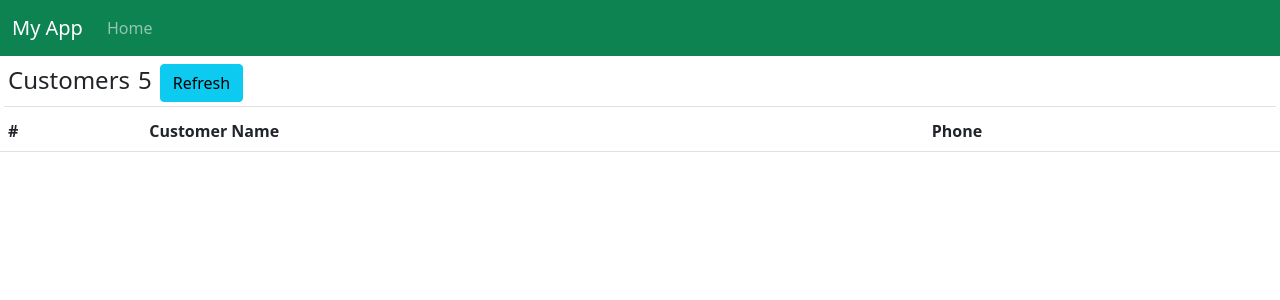
Repository: smit1298/e-commerce
Page: /
An editor plug-in stored every save of this project. The page is shown before and after the next save, followed by the edit.
The browser window is 1280 px wide. The pictures show the whole page.
The project was rebuilt for these pictures with package versions that can differ from the ones it lists, and the page was loaded fresh each time.

Above is the page before, as saved 2022-05-10 16:55:32.

### src/index.js
import React from "react";
import ReactDOM from "react-dom";
import "jquery";
import "popper.js/dist/umd/popper";
import "bootstrap/dist/js/bootstrap";
import "bootstrap/dist/css/bootstrap.css";
import "./index.css";
import App from "./App";

ReactDOM.render(<App />, document.getElementById("root"));

### src/index.css
* {
    box-sizing: border-box;
}

.highlight{
    background-color: #80c0b5;
}

.navbar-style{
    background-color: #0c8351 !important;
}

### src/App.jsx
import React, { Component } from "react";
import MainContent from "./MainContent";
import NavBar from "./NavBar";

export default class App extends Component {
  render() {
    return (
      <React.Fragment>
        <NavBar />
        <MainContent />
      </React.Fragment>
    );
  }
}

### src/MainContent.jsx
import React, { Component } from "react";

export default class MainContent extends Component {
  state = {
      pageTitle: "Customers",
       customersCount: 5,
       customers: [
           {id: 1, name:"scot", phone: "123-456"},
           {id: 2, name:"Jones", phone: "789-012"},
           {id: 3, name:"Alen", phone: "345-678"},
           {id: 4, name:"John", phone: "901-234"},
           {id: 5, name:"James", phone: "567-890"}
       ]
     };

  render() {
    return (
      <div>
        <h4 className="border-bottom m-1 p-1">
          {this.state.pageTitle}
          <span className="m-2">{this.state.customersCount}</span>
          <button className="btn btn-info" onClick={this.onRefreshClick}>
            Refresh
          </button>
        </h4>
        <table className="table">
<thead>
    <tr>
        <th>#</th>
        <th>Customer Name</th>
        <th>Phone</th>
    </tr>
</thead>
<tbody>

</tbody>
        </table>
      </div>
    );
  }

  //   Executes when the user clicks on refresh button
  onRefreshClick =() =>{
    this.setState({
        customersCount: 7
    });
  }
}

### src/NavBar.jsx
import React, { Component } from "react";

class NavBar extends Component {
  render() {
    return (
      <React.Fragment>
        <nav className="navbar navbar-expand-lg navbar-dark bg-dark navbar-style">
          <div className="container-fluid">
            <a className="navbar-brand" href="/#">
              My App
            </a>
            <button
              className="navbar-toggler"
              type="button"
              data-bs-toggle="collapse"
              data-bs-target="#navbarSupportedContent"
              aria-controls="navbarSupportedContent"
              aria-expanded="false"
              aria-label="Toggle navigation"
            >
              <span className="navbar-toggler-icon"></span>
            </button>

            <div
              className="collapse navbar-collapse"
              id="navbarSupportedContent"
            >
              <ul className="navbar-nav me-auto mb-2 mb-lg-0">
                <li className="nav-item">
                  <a className="nav-link" href="/#">
                    Home
                  </a>
                </li>
              </ul>
            </div>
          </div>
        </nav>
      </React.Fragment>
    );
  }
}

export default NavBar;

Loaded but not shown: public/index.html (common file)

After the next save:
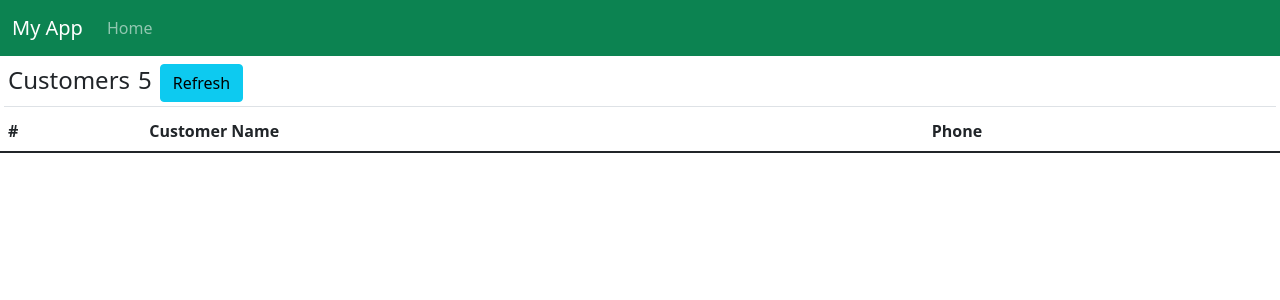
Saved 6 s later.
--- a/src/MainContent.jsx
+++ b/src/MainContent.jsx
@@ -32,7 +32,9 @@ export default class MainContent extends Component {
     </tr>
 </thead>
 <tbody>
+    <tr>
 
+    </tr>
 </tbody>
         </table>
       </div>
